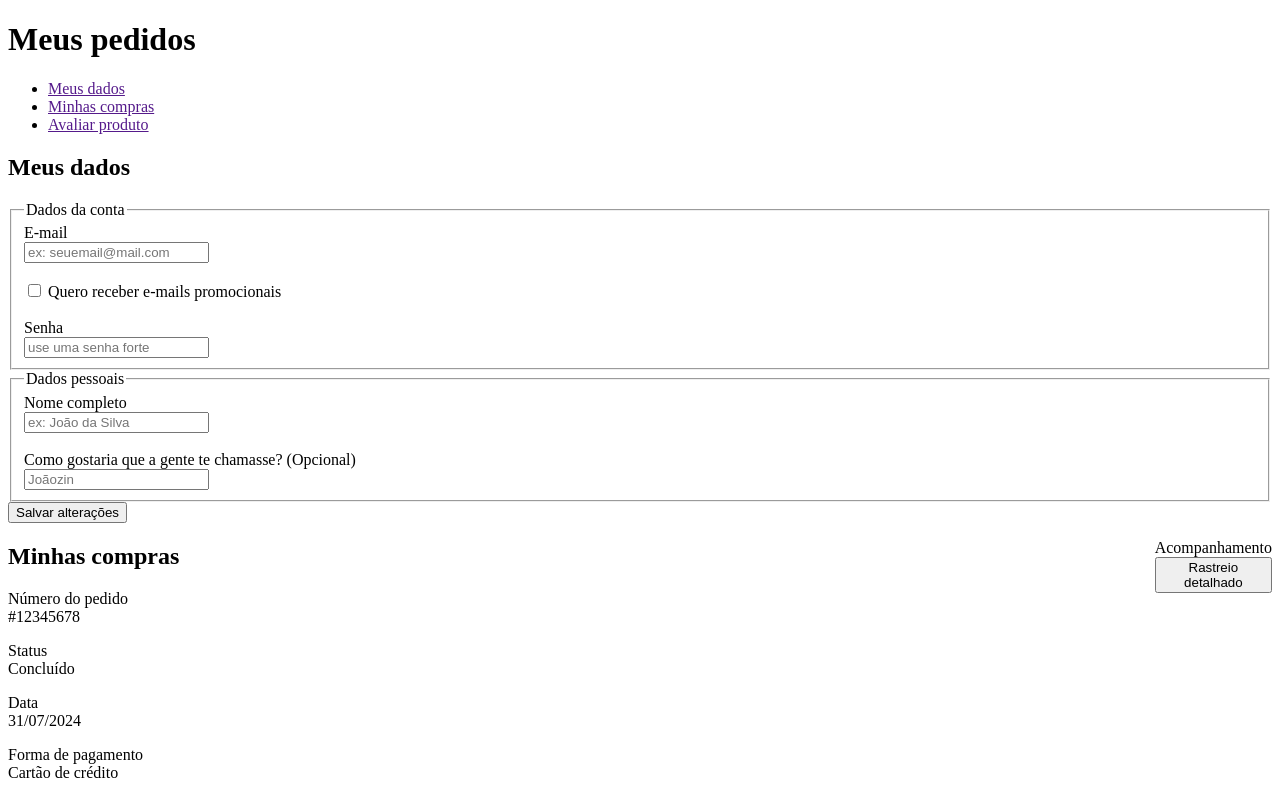
Repository: claudemir-camargo/site-compras
Page: index.html
An editor plug-in stored every save of this project. The page is shown before and after the next save, followed by the edit.
The browser window is 1280 px wide. The pictures show the whole page.

Above is the page before, as saved 2024-03-03 14:15:05.

After the next save:
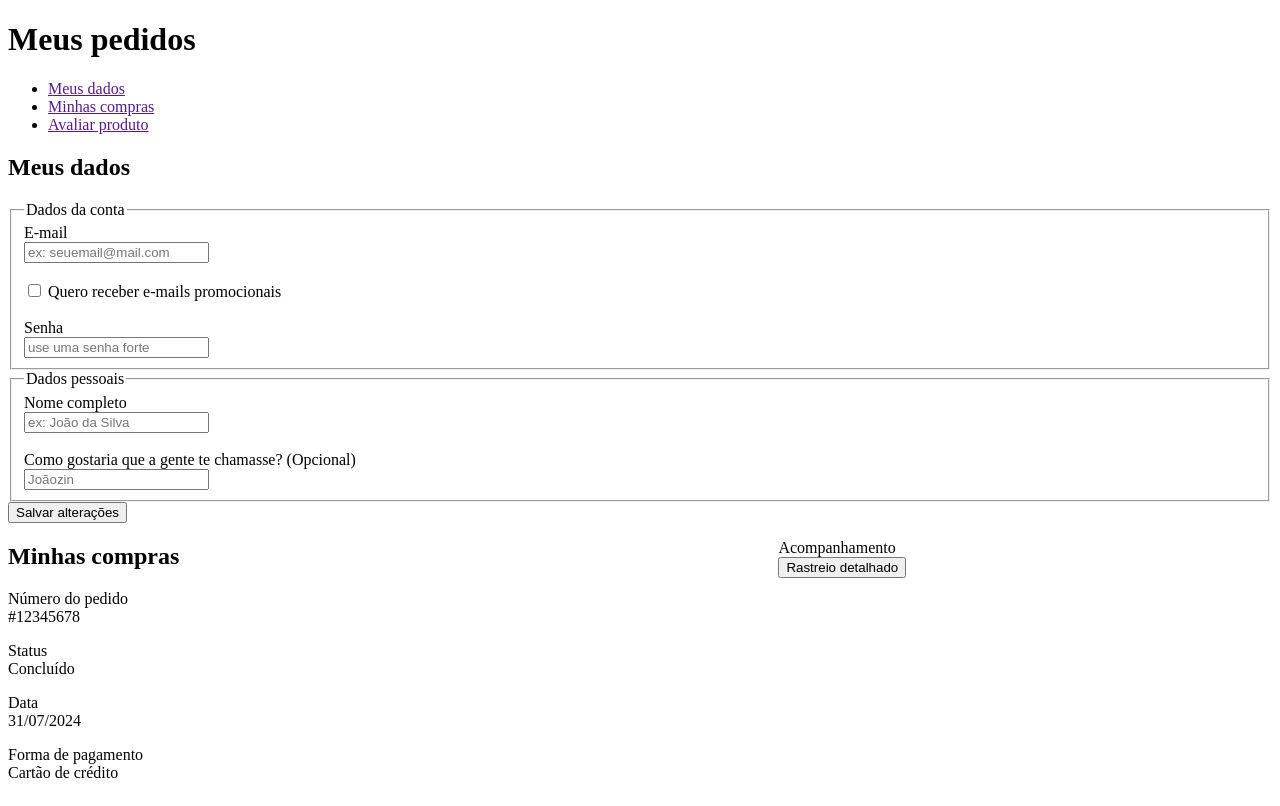
Saved 3 min 12 s later.
--- a/css/style.css
+++ b/css/style.css
@@ -1,11 +1,11 @@
 .container {
-    display: flex;
-    justify-content: space-between;
+    display: grid;
+    grid-template-columns: repeat(5, 1fr);
+    gap: 20px;
 }
 .order-details {
-    flex: 1;
-    margin-right: 20px;
+    grid-column: span 3;
 }
 .tracking-button {
-    flex: 0;
+    grid-column: span 2;
 }
